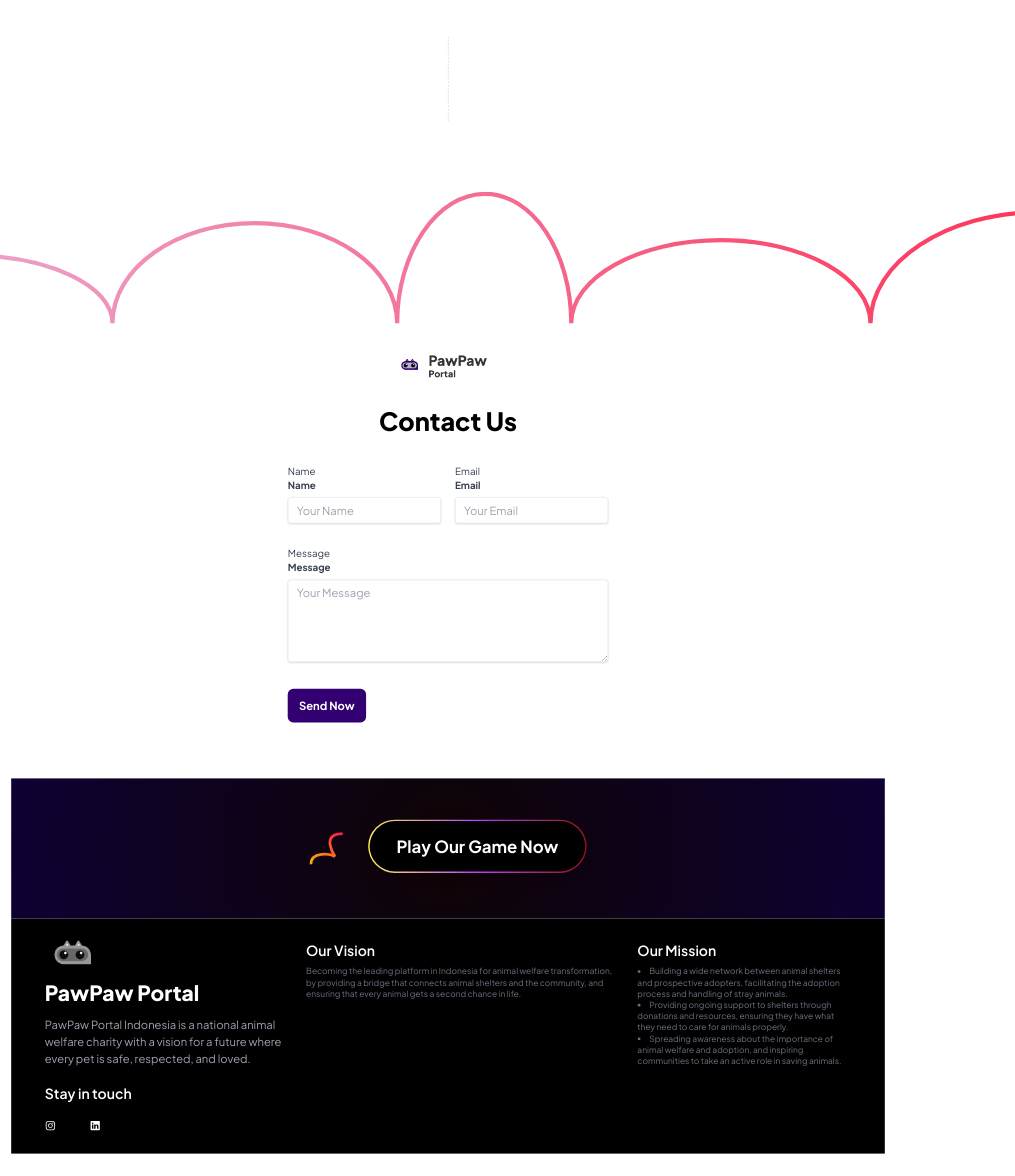
Repository: paskasiregar/pawpawwebsite
Page: /
These files come from the project's save history. The page is drawn as it stood at one moment and after the next save; the edit follows.
The browser window is 1280 px wide. The page is 1450 px wide, so the pictures cover 1450 px, including what lies to the right of the window. The pictures show the part of the page from y = 1570 to 3250 px (the page is 3250 px tall), at 70% of full size.
The project was rebuilt for these pictures with package versions that can differ from the ones it lists, and the page was loaded fresh each time. The framework's server and built-in components were replaced by stand-ins that run in the browser. Also part of the build but not shown: next.config.js, next.config.mjs.

Above is the page before, as saved 2024-07-31 14:34:46.

### src/app/layout.js
import { Inter } from "next/font/google";
import "./globals.css";

const inter = Inter({ subsets: ["latin"] });

export const metadata = {
  title: "PawPaw Portal | Your One-Stop Shelter",
  description: "Your One-Stop Shelter",
};

export default function RootLayout({ children }) {
  return (
    <html lang="en">
      <body className={inter.className}>{children}</body>
    </html>
  );
}

### src/app/globals.css
@import url("https://fonts.googleapis.com/css2?family=Plus+Jakarta+Sans:wght@400;600;700;800&display=swap");

@tailwind base;
@tailwind components;
@tailwind utilities;

body {
  font-family: "Plus Jakarta Sans", sans-serif;
}

.hero-bg {
  display: flex;
  background: radial-gradient(
    circle,
    rgb(204, 188, 230) 10%,
    rgb(255, 255, 255) 50%
  );
}

.cta-container {
  display: flex;
  justify-content: center;
  align-items: center;
  position: relative;
  background: radial-gradient(circle, rgb(14, 4, 4) 0%, rgb(14, 1, 51) 100%);
  padding: 20px;
  gap: 20px;
  min-height: 200px;
}

.cta-button {
  display: inline-block;
  padding: 20px 40px;
  font-size: 24px;
  font-weight: bold;
  color: white;
  background: black;
  border-radius: 40px;
  position: relative;
  z-index: 1;
  overflow: hidden;
  transition: all 0.3s ease;
  text-align: center;
}

.cta-button::before {
  content: "";
  position: absolute;
  top: -2px;
  left: -2px;
  right: -2px;
  bottom: -2px;
  background: linear-gradient(
    90deg,
    rgb(255, 244, 97) 0%,
    rgb(187, 61, 255) 50%,
    rgb(142, 23, 23) 100%
  );
  z-index: -1;
  border-radius: inherit;
}

.cta-button::after {
  content: "";
  position: absolute;
  top: 2px;
  left: 2px;
  right: 2px;
  bottom: 2px;
  background: black;
  z-index: -1;
  border-radius: inherit;
}

.cta-button:hover {
  color: rgb(237, 246, 133);
  background: white;
}

.footer-bg {
  background: radial-gradient(circle, rgb(14, 4, 4) 0%, rgb(14, 1, 51) 100%);
  color: white;
  text-align: center;
  padding: 20px;
}

.centeredcontainer {
  width: 100vw;
  height: auto;
}

.main-container {
  width: 100%;
  max-width: 1200px;
  margin: 0 auto;
  padding: 0 20px;
}
.header-content {
  display: flex;
  flex-direction: row;
  align-items: center;
  justify-content: space-between;
}

.header-logo-button {
  display: flex;
  flex-direction: row;
  align-items: center;
  gap: 16px; /* Adjust spacing as needed */
}

html {
  scroll-behavior: smooth;
}

### src/components/contact.jsx
import React from "react";
import PrimaryButton from "@/components/primaryButton";
import NameInput from "./nameInput";
import EmailInput from "./emailInput";
import MessageInput from "./mesageInput";
import Image from "next/image";
import logoHeaderImage from "../assets/banner-10.png";

export const Contact = () => {
  return (
    <div className="font-plus-jakarta flex flex-col items-center justify-center py-16 px-4 md:px-[200px] gap-[40px] text-29xl">
      <div className="flex justify-start items-start">
        <svg
          width="1620"
          height="188"
          viewBox="0 0 1620 188"
          fill="none"
          xmlns="http://www.w3.org/2000/svg"
        >
          <path
            d="M1891 188C1891 100.375 1784.67 29.342 1653.5 29.342C1522.34 29.342 1413.53 100.375 1413.53 188C1413.53 122.37 1317.84 69.158 1199.78 69.158C1081.72 69.158 986.029 122.362 986.029 188C986.029 85.8274 930.825 3 862.735 3C794.645 3 737.369 85.8274 737.369 188C737.369 108.853 646.33 44.6865 534.029 44.6865C421.728 44.6865 330.689 108.853 330.689 188C330.689 134.381 239.649 90.9105 127.349 90.9105C15.0481 90.9105 -76 134.381 -76 188"
            stroke="url(#paint0_linear_545_35799)"
            strokeWidth="6"
            strokeMiterlimit="10"
            strokeLinejoin="bevel"
          />
          <defs>
            <linearGradient
              id="paint0_linear_545_35799"
              x1="-84.5283"
              y1="91.1699"
              x2="1899.52"
              y2="91.1699"
              gradientUnits="userSpaceOnUse"
            >
              <stop offset="0.0224" stopColor="#EBADD7" />
              <stop offset="1" stopColor="#FF2445" />
            </linearGradient>
          </defs>
        </svg>
      </div>
      <Image
        className="w-36 h-10 object-cover"
        alt="Logo"
        src={logoHeaderImage}
        width={120}
        height={20}
      />
      <div className="text-4xl font-extrabold">Contact Us</div>
      <form action="https://submit-form.com/E0a8H8KS4" method="POST">
        <div className="w-full flex flex-col items-start gap-[16px] text-base text-light-l800 font-regular-reg-2">
          <div className="w-full flex flex-col md:flex-row gap-[20px]">
            <div className="w-full md:w-1/2">
              <label
                htmlFor="name"
                className="block text-sm font-medium text-gray-700"
              >
                Name
              </label>
              <NameInput className="w-full" id="name" name="name" />
            </div>
            <div className="w-full md:w-1/2">
              <label
                htmlFor="email"
                className="block text-sm font-medium text-gray-700"
              >
                Email
              </label>
              <EmailInput className="w-full" id="email" name="email" />
            </div>
          </div>
          <div className="w-full">
            <label
              htmlFor="message"
              className="block text-sm font-medium text-gray-700"
            >
              Message
            </label>
            <MessageInput className="w-full" id="message" name="message" />
          </div>
        </div>
        <div className="mt-4">
          <PrimaryButton type="submit">Send Now</PrimaryButton>
        </div>
      </form>
    </div>
  );
};

export default Contact;

### src/components/divider.jsx
export const Divider = () => {
  return (
    <div className="self-stretch h-[195px] flex flex-row items-center justify-center py-16 px-[130px] box-border">
      <div className="w-px relative box-border h-[121px] border-r-[1px] border-dashed border-gray-300" />
    </div>
  );
};

### src/components/footer.jsx
import Link from "next/link";
import React from "react";
import Image from "next/image";
import logoFooterImage from "../assets/inverse.png";

export const Footer = () => {
  return (
    <div className="font-plus-jakarta w-full flex bg-black">
      <div className="font-plus-jakarta w-full flex flex-col items-center bg-black py-8 px-4">
        <div className="max-w-6xl w-full mx-auto space-y-6">
          {/* Footer Header */}
          <div className="flex flex-col md:flex-row items-center md:items-start md:justify-between mb-6">
            <div className="space-y-4">
              <Image
                className="w-20 h-10 object-cover"
                alt="Logo"
                src={logoFooterImage}
                width={80}
                height={80}
              />
              <div className="space-y-4">
                <div className="text-white text-3xl font-extrabold">
                  PawPaw Portal
                </div>
                <p className="text-med text-gray-400">
                  PawPaw Portal Indonesia is a national animal welfare charity
                  with a vision for a future where every pet is safe, respected,
                  and loved.
                </p>
              </div>
            </div>

            {/* Vision and Mission */}
            <div className="flex flex-col md:flex-row mt-4 md:mt-0 space-y-4 md:space-y-0 md:space-x-8">
              <div className="space-y-2">
                <div className="font-semibold text-xl text-white">
                  Our Vision
                </div>
                <div className="text-xs text-gray-500">
                  Becoming the leading platform in Indonesia for animal welfare
                  transformation, by providing a bridge that connects animal
                  shelters and the community, and ensuring that every animal
                  gets a second chance in life.
                </div>
              </div>
              <div className="space-y-2">
                <div className="font-semibold text-xl text-white">
                  Our Mission
                </div>
                <div className="text-xs text-gray-500">
                  <ol className="list-inside list-disc">
                    <li>
                      Building a wide network between animal shelters and
                      prospective adopters, facilitating the adoption process
                      and handling of stray animals.
                    </li>
                    <li>
                      Providing ongoing support to shelters through donations
                      and resources, ensuring they have what they need to care
                      for animals properly.
                    </li>
                    <li>
                      Spreading awareness about the importance of animal welfare
                      and adoption, and inspiring communities to take an active
                      role in saving animals.
                    </li>
                  </ol>
                </div>
              </div>
            </div>
          </div>
          {/* social media */}
          <div className="text-xl font-semibold mb-4 text-white">
            Stay in touch
          </div>
          <div className="flex space-x-4">
            <Link href="https://www.instagram.com/pawpawportal">
              <svg
                xmlns="http://www.w3.org/2000/svg"
                width="1em"
                height="1em"
                viewBox="0 0 24 24"
              >
                <path
                  fill="white"
                  d="M17.34 5.46a1.2 1.2 0 1 0 1.2 1.2a1.2 1.2 0 0 0-1.2-1.2m4.6 2.42a7.59 7.59 0 0 0-.46-2.43a4.94 4.94 0 0 0-1.16-1.77a4.7 4.7 0 0 0-1.77-1.15a7.3 7.3 0 0 0-2.43-.47C15.06 2 14.72 2 12 2s-3.06 0-4.12.06a7.3 7.3 0 0 0-2.43.47a4.78 4.78 0 0 0-1.77 1.15a4.7 4.7 0 0 0-1.15 1.77a7.3 7.3 0 0 0-.47 2.43C2 8.94 2 9.28 2 12s0 3.06.06 4.12a7.3 7.3 0 0 0 .47 2.43a4.7 4.7 0 0 0 1.15 1.77a4.78 4.78 0 0 0 1.77 1.15a7.3 7.3 0 0 0 2.43.47C8.94 22 9.28 22 12 22s3.06 0 4.12-.06a7.3 7.3 0 0 0 2.43-.47a4.7 4.7 0 0 0 1.77-1.15a4.85 4.85 0 0 0 1.16-1.77a7.59 7.59 0 0 0 .46-2.43c0-1.06.06-1.4.06-4.12s0-3.06-.06-4.12M20.14 16a5.61 5.61 0 0 1-.34 1.86a3.06 3.06 0 0 1-.75 1.15a3.19 3.19 0 0 1-1.15.75a5.61 5.61 0 0 1-1.86.34c-1 .05-1.37.06-4 .06s-3 0-4-.06a5.73 5.73 0 0 1-1.94-.3a3.27 3.27 0 0 1-1.1-.75a3 3 0 0 1-.74-1.15a5.54 5.54 0 0 1-.4-1.9c0-1-.06-1.37-.06-4s0-3 .06-4a5.54 5.54 0 0 1 .35-1.9A3 3 0 0 1 5 5a3.14 3.14 0 0 1 1.1-.8A5.73 5.73 0 0 1 8 3.86c1 0 1.37-.06 4-.06s3 0 4 .06a5.61 5.61 0 0 1 1.86.34a3.06 3.06 0 0 1 1.19.8a3.06 3.06 0 0 1 .75 1.1a5.61 5.61 0 0 1 .34 1.9c.05 1 .06 1.37.06 4s-.01 3-.06 4M12 6.87A5.13 5.13 0 1 0 17.14 12A5.12 5.12 0 0 0 12 6.87m0 8.46A3.33 3.33 0 1 1 15.33 12A3.33 3.33 0 0 1 12 15.33"
                />
              </svg>
            </Link>
            <Link href="https://twitter.com/pawpawportal">
              <svg
                xmlns="http://www.w3.org/2000/svg"
                width="1em"
                height="1em"
                viewBox="0 0 24 24"
              >
                <g fill="white">
                  <path d="M1 2h2.5L3.5 2h-2.5z">
                    <animate
                      fill="freeze"
                      attributeName="d"
                      dur="0.4s"
                      values="M1 2h2.5L3.5 2h-2.5z;M1 2h2.5L18.5 22h-2.5z"
                    />
                  </path>
                  <path d="M5.5 2h2.5L7.2 2h-2.5z">
                    <animate
                      fill="freeze"
                      attributeName="d"
                      dur="0.4s"
                      values="M5.5 2h2.5L7.2 2h-2.5z;M5.5 2h2.5L23 22h-2.5z"
                    />
                  </path>
                  <path d="M3 2h5v0h-5z" opacity="0">
                    <set attributeName="opacity" begin="0.4s" to="1" />
                    <animate
                      fill="freeze"
                      attributeName="d"
                      begin="0.4s"
                      dur="0.4s"
                      values="M3 2h5v0h-5z;M3 2h5v2h-5z"
                    />
                  </path>
                  <path d="M16 22h5v0h-5z" opacity="0">
                    <set attributeName="opacity" begin="0.4s" to="1" />
                    <animate
                      fill="freeze"
                      attributeName="d"
                      begin="0.4s"
                      dur="0.4s"
                      values="M16 22h5v0h-5z;M16 22h5v-2h-5z"
                    />
                  </path>
                  <path d="M18.5 2h3.5L22 2h-3.5z" opacity="0">
                    <set attributeName="opacity" begin="0.5s" to="1" />
                    <animate
                      fill="freeze"
                      attributeName="d"
                      begin="0.5s"
                      dur="0.4s"
                      values="M18.5 2h3.5L22 2h-3.5z;M18.5 2h3.5L5 22h-3.5z"
                    />
                  </path>
                </g>
              </svg>
            </Link>
            <Link href="https://www.linkedin.com/company/pawpawportal">
              <svg
                xmlns="http://www.w3.org/2000/svg"
                width="1em"
                height="1em"
                viewBox="0 0 24 24"
              >
                <path
                  fill="white"
                  d="M20.47 2H3.53a1.45 1.45 0 0 0-1.47 1.43v17.14A1.45 1.45 0 0 0 3.53 22h16.94a1.45 1.45 0 0 0 1.47-1.43V3.43A1.45 1.45 0 0 0 20.47 2M8.09 18.74h-3v-9h3ZM6.59 8.48a1.56 1.56 0 1 1 0-3.12a1.57 1.57 0 1 1 0 3.12m12.32 10.26h-3v-4.83c0-1.21-.43-2-1.52-2A1.65 1.65 0 0 0 12.85 13a2 2 0 0 0-.1.73v5h-3v-9h3V11a3 3 0 0 1 2.71-1.5c2 0 3.45 1.29 3.45 4.06Z"
                />
              </svg>
            </Link>
          </div>
        </div>
      </div>
    </div>
  );
};

export default Footer;

### src/components/header.jsx
import Link from "next/link";
import PrimaryButton from "@/components/primaryButton";
import React from "react";
import Image from "next/image";
import logoHeaderImage from "../assets/banner-10.png";

export const Header = () => {
  return (
    <div className="font-plus-jakarta w-full flex flex-col items-center justify-center text-left text-gray-500">
      <div className="self-stretch bg-white flex flex-col items-center justify-center text-sm">
        <div className="w-full header-content p-2.5 box-border">
          <Link href="/">
            <Image
              className="w-36 h-10 object-cover"
              alt="Logo"
              src={logoHeaderImage}
              width={120}
              height={20}
            />
          </Link>
          <div className="hidden md:flex flex-row items-center justify-center gap-8">
            <div>
              <Link href="#how-it-works">How It Works</Link>
            </div>
            <div>
              <Link href="#about-us">About Us</Link>
            </div>
          </div>
          <div className="header-logo-button">
            <PrimaryButton>Be Our Hero Today!</PrimaryButton>
          </div>
        </div>
      </div>
    </div>
  );
};

export default Header;

### src/components/CTA.jsx
import React from "react";
import Link from "next/link";

const CTA = () => {
  return (
    <div className="cta-container font-plus-jakarta p-4 md:p-8 flex flex-col md:flex-row items-center justify-center">
      <svg
        className="cta-decoration mb-4 md:mb-0 md:mr-4"
        width="48"
        height="46"
        viewBox="0 0 48 46"
        fill="none"
        xmlns="http://www.w3.org/2000/svg"
      >
        <path
          d="M2 46C2 27.296 29.551 30.0086 36.5736 34.5625C36.5736 34.5625 14.4611 2 47.5714 2"
          stroke="url(#cta_gradient)"
          strokeWidth="3.92857"
          strokeMiterlimit="10"
          strokeLinejoin="bevel"
        />
        <defs>
          <linearGradient
            id="cta_gradient"
            x1="37.3571"
            y1="2"
            x2="7.5"
            y2="46"
            gradientUnits="userSpaceOnUse"
          >
            <stop stopColor="#FF2445" />
            <stop offset="1" stopColor="#F5AB0E" />
          </linearGradient>
        </defs>
      </svg>
      <Link href="/game">
        <div className="cta-button text-center bg-gradient-to-r from-orange-500 to-pink-500 text-white font-bold py-2 px-4 rounded-lg shadow-lg cursor-pointer">
          Play Our Game Now
        </div>
      </Link>
    </div>
  );
};

export default CTA;

### src/components/primaryButton.jsx
import React from "react";

const PrimaryButton = ({ children, onClick }) => {
  return (
    <button
      className="self-stretch  bg-inherit-320071 hover:bg-blue-700 text-white font-bold px-4 py-3 rounded-lg"
      onClick={onClick}
    >
      {children}
    </button>
  );
};

export default PrimaryButton;

### src/components/secButton.jsx
import React from "react";

const SecButton = ({ children, onClick }) => {
  return (
    <button
      className="bg-white border border-inherit-320071 text-inherit-320071 font-bold py-2 px-4 rounded-lg"
      onClick={onClick}
    >
      {children}
    </button>
  );
};

export default SecButton;

### src/components/nameInput.jsx
import React from "react";

const NameInput = ({ value, onChange }) => {
  return (
    <div className="mb-4">
      <label
        className="block text-gray-700 text-sm font-bold mb-2"
        htmlFor="name"
      >
        Name
      </label>
      <input
        id="name"
        type="text"
        value={value}
        onChange={onChange}
        className="shadow appearance-none border rounded w-full py-2 px-3 text-gray-700 leading-tight focus:outline-none focus:shadow-outline"
        placeholder="Your Name"
      />
    </div>
  );
};

export default NameInput;

### src/components/emailInput.jsx
import React from "react";

const EmailInput = ({ value, onChange }) => {
  return (
    <div className="mb-4">
      <label
        className="block text-gray-700 text-sm font-bold mb-2"
        htmlFor="email"
      >
        Email
      </label>
      <input
        id="email"
        type="email"
        value={value}
        onChange={onChange}
        className="shadow appearance-none border rounded w-full py-2 px-3 text-gray-700 leading-tight focus:outline-none focus:shadow-outline"
        placeholder="Your Email"
      />
    </div>
  );
};

export default EmailInput;

### src/components/mesageInput.jsx
import React from "react";

const MessageInput = ({ value, onChange }) => {
  return (
    <div className="mb-4">
      <label
        className="block text-gray-700 text-sm font-bold mb-2"
        htmlFor="message"
      >
        Message
      </label>
      <textarea
        id="message"
        value={value}
        onChange={onChange}
        className="shadow appearance-none border rounded w-full py-2 px-3 text-gray-700 leading-tight focus:outline-none focus:shadow-outline"
        placeholder="Your Message"
        rows="5"
      />
    </div>
  );
};

export default MessageInput;

Loaded but not shown: src/app/page.js (128 lines, source omitted); tailwind.config.js (24 lines, source omitted); src/components/hero.jsx (211 lines, source omitted)

After the next save:
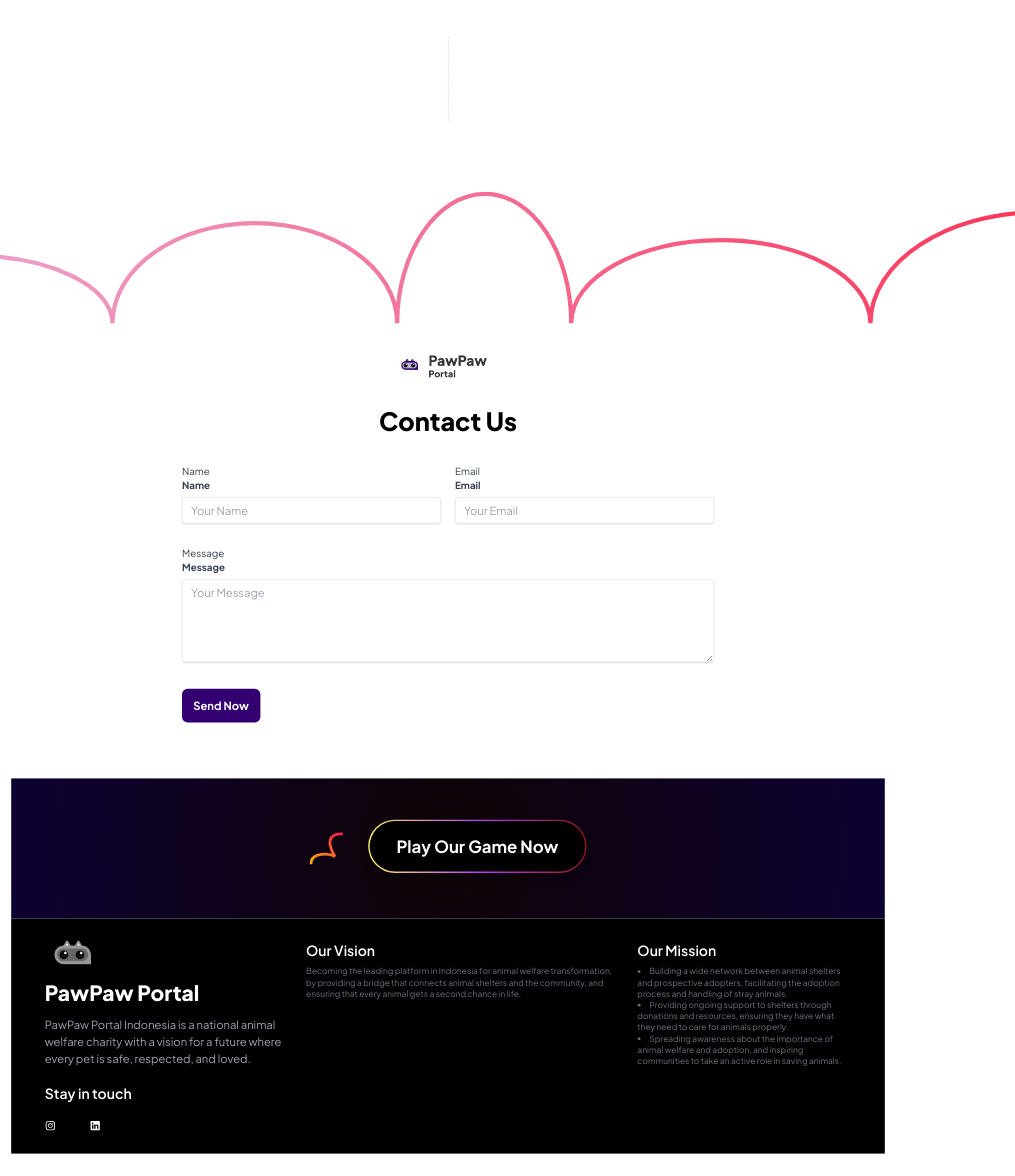
Saved 25 s later.
--- a/src/components/contact.jsx
+++ b/src/components/contact.jsx
@@ -47,7 +47,11 @@ export const Contact = () => {
         height={20}
       />
       <div className="text-4xl font-extrabold">Contact Us</div>
-      <form action="https://submit-form.com/E0a8H8KS4" method="POST">
+      <form
+        action="https://submit-form.com/E0a8H8KS4"
+        method="POST"
+        className="w-full"
+      >
         <div className="w-full flex flex-col items-start gap-[16px] text-base text-light-l800 font-regular-reg-2">
           <div className="w-full flex flex-col md:flex-row gap-[20px]">
             <div className="w-full md:w-1/2">
